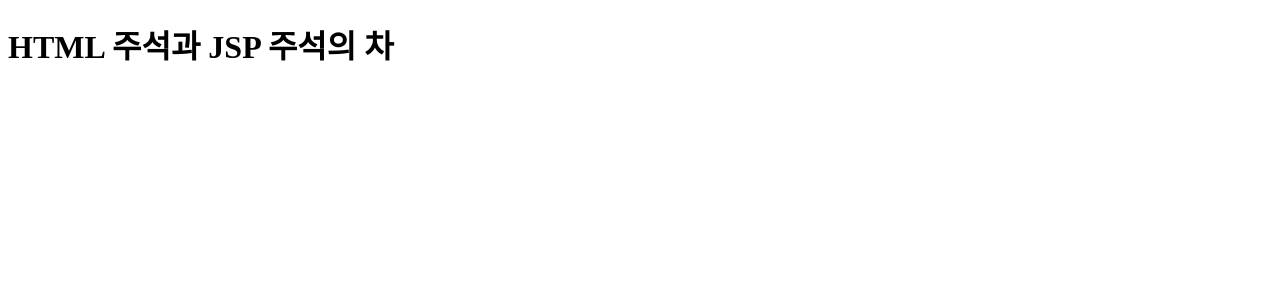
Repository: sunyeongan/Univ_lecture
Page: http://localhost/NewJSP2/Ex6_comment.jsp
These files come from the project's save history. The page is drawn as it stood at one moment and after the next save; the edit follows.
The browser window is 1280 px wide. The pictures show the whole page.
The page is served by Tomcat 9.

Above is the page before, as saved 2022-04-09 09:04:54.

### WebSever_2022/work/week6_work/NewJSP2/src/main/webapp/Ex6_comment.jsp
<%@ page language="java" contentType="text/html; charset=UTF-8"
    pageEncoding="UTF-8"%>
<!DOCTYPE html>
<html>
<head>
<meta charset="UTF-8">
<title>Insert title here</title>
</head>
<body>
<h1> HTML 주석과 JSP 주석의 차</h1>

</body>
</html>

After the next save:
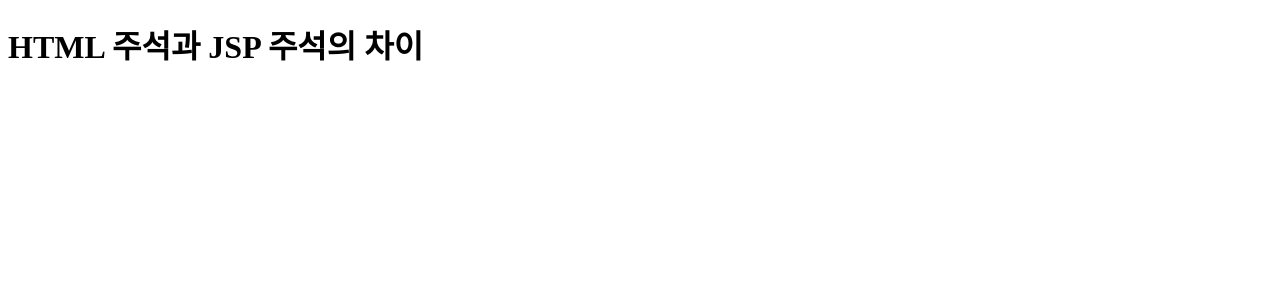
Saved 55 s later.
--- a/WebSever_2022/work/week6_work/NewJSP2/src/main/webapp/Ex6_comment.jsp
+++ b/WebSever_2022/work/week6_work/NewJSP2/src/main/webapp/Ex6_comment.jsp
@@ -7,7 +7,9 @@
 <title>Insert title here</title>
 </head>
 <body>
-<h1> HTML 주석과 JSP 주석의 차</h1>
+<h1> HTML 주석과 JSP 주석의 차이 </h1>
+	<!-- 이것은 HTML 주석으로 웹 브라우저의 [소스보기]에서 보입니다. -->
+	<%-- 다음은 자바 코드의 스크립트릿입니다. --%>
 
 </body>
 </html>
